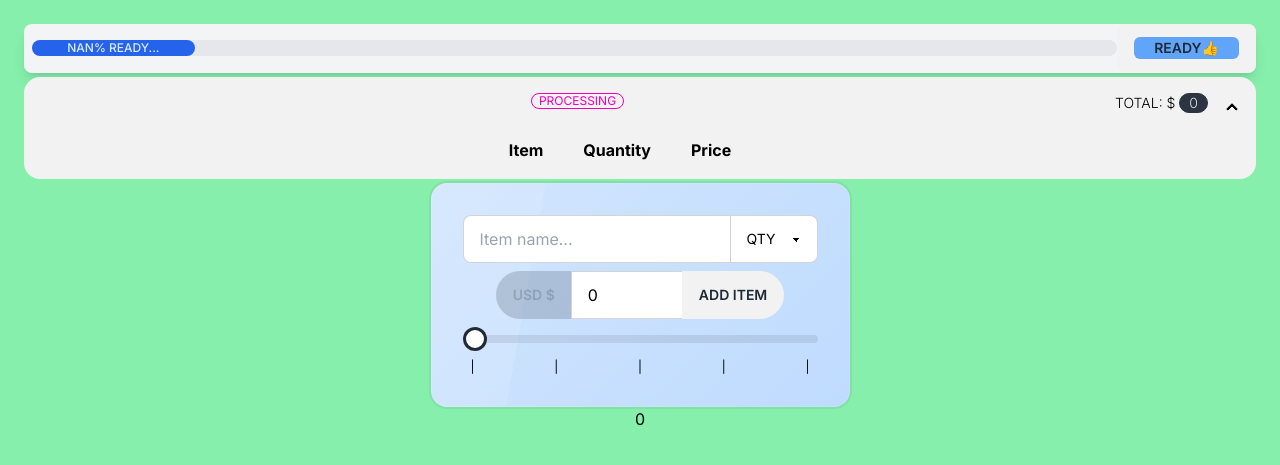
Repository: bitepay/bitepay-xyz
Page: /table
An editor plug-in stored every save of this project. The page is shown before and after the next save, followed by the edit.
The browser window is 1280 px wide. The pictures show the whole page.
The page's requests for data from a server got no answer. The project was rebuilt for these pictures with package versions that can differ from the ones it lists, and the page was loaded fresh each time. The framework's server and built-in components were replaced by stand-ins that run in the browser. No one was signed in, and anything a server would have sent is missing. Also part of the build but not shown: next.config.js.

Above is the page before, as saved 2023-06-27 22:47:22.

### src/pages/_app.js
import '@/styles/globals.css';
import { UserSocketProvider } from '@/context/UserSocketContext';

export default function App({ Component, pageProps }) {
  return (
    <UserSocketProvider>
      <Component {...pageProps} />
    </UserSocketProvider>
  )
}

### src/pages/table.js

// import Image from 'next/image'
import Head from "next/head"
// import Link from "next/link"
import { Inter } from 'next/font/google'

import { useUserSocketContext } from '@/context/UserSocketContext'

import { AddItemInput } from '@/components/AddItemInput'
import { ProgressBar } from '@/components/ProgressBar'
import { UserBill } from '@/components/UserBill'
import { MembersBill } from '@/components/MembersBill'

const inter = Inter({ subsets: ['latin'] })

export default function Table() {

  const { socket, user, tableMembers, setUser } = useUserSocketContext();

  if (user.tableID !== 0) {
    socket.emit('joinTable', user)
  }

  const handleUserDelete = (user, payload) => {
    socket.emit('userDeleteItem', {user, payload})
  };

  const handleUserUpdate = (user, payload) => {
    socket.emit('userUpdate', {user, payload})
  };

  const userUpdateStatus = (user) => {
    if (user.status === 'PROCESSING') {
      socket.emit('userUpdateStatus', { ...user, status: 'READY' })
    } else {
      socket.emit('userUpdateStatus', { ...user, status: 'PROCESSING' })
    }
  }

  return (
    <>
      <Head>
        <title>BitePay - Table</title>
        <meta name="description" content="The fastest and easiest way to divvy up the dining bill between your friends."></meta>
      </Head>

      <main className={`flex min-h-screen flex-col items-center p-6 ${inter.className} bg-green-300`} >

        <ProgressBar user={user} tableMembers={tableMembers} userUpdateStatus={userUpdateStatus} />
        <UserBill user={user} handleUserDelete={handleUserDelete} />
        <AddItemInput user={user} handleUserUpdate={handleUserUpdate} setUser={setUser} />
        <MembersBill tableMembers={tableMembers} userId={user.id}/>

      </main>
    </>
  )
}

### src/context/UserSocketContext.js
'use client';
import React, { createContext, useEffect, useState, useContext } from 'react'
import { io } from 'socket.io-client'


// Create a new context
const UserSocketContext = createContext({});

// Custom context provider component
export const UserSocketProvider = ({ children }) => {

  const [socket, setSocket] = useState(null);

  const [user, setUser] = useState({
    id: '',
    username: '',
    tableID: 0,
    myItems: [],
    tip: 15,
    total: 0,
    status: 'PROCESSING',
  });

  const [tableMembers, setTableMembers] = useState([]);

  // Establish the Socket.IO connection when the component mounts
  useEffect(() => {

    const socket = io('https://bitepay.xyz');
    setSocket(socket);

    socket.on('connect', () => {
      console.log('Successfully connected to the ws server!')
    })

    // set user id to the websocket id
    socket.on('setId', (data) => setUser((prevUser) => {
      prevUser.id = data
      return prevUser;
    }));

    // listen to events from ws server regarding members of the table
    socket.on('tableMembers', (data) => setTableMembers((prevTableMembers) => { return [...data.slice()] }));

    // listen to events from ws server regarding updates to tableMembers
    socket.on('tableMemberUpdate', (data) => {

      if (data.id === user.id) {
        setUser((prevUser) => {
          prevUser.myItems = data.myItems;
          prevUser.tip = data.tip;
          prevUser.total = data.total;
          prevUser.status = data.status;
          return prevUser;
        })
      }

      setTableMembers((prevTableMembers) => {
        return prevTableMembers.map((member) => {
          if (member.id === data.id) {
            member.myItems = data.myItems
            member.tip = data.tip
            member.total = data.total
            member.status = data.status
            return member
          } else {
            return member
          }
        })
      })
    });

    // listen to events from ws server regarding members leaving the table
    socket.on('userLeft', (data) => {
      setTableMembers((prevTableMembers) => {
        return prevTableMembers.filter((member) => {
          return member.id !== data.id
        })
      })
    });

    socket.on('disconnect', () => {
      console.log('Disconnected from the ws server!');
    });

    // Clean up the socket connection when the component unmounts
    return () => {
      socket.off('connect');
      socket.off('setId');
      socket.off('tableMembers');
      socket.off('tableMemberUpdate');
      socket.off('userLeft');
      socket.disconnect();
    };
  }, [user.id]);

  // Provide the socket object to the child components
  return (
    <UserSocketContext.Provider value={{socket, user, setUser, tableMembers, setTableMembers}}>
      {children}
    </UserSocketContext.Provider>
  );
};

// Export the SocketContext
export default UserSocketContext;

// Export a custom hook that can be used to consume this context
export const useUserSocketContext = () => useContext(UserSocketContext);

### src/components/AddItemInput.jsx
import { useState } from 'react';

export const AddItemInput = ({ handleUserUpdate, user }) => {
	const [itemName, setItemName] = useState('');
	const [itemPrice, setItemPrice] = useState(0);
	const [itemQuantity, setItemQuantity] = useState(0);

	const handleClick = (e)=> {
			e.preventDefault();
			if (itemQuantity === 0) {
					alert("Don't forget to add quantity!");
			}
			else if (itemPrice <= 0) {
					alert("Please don't forget to add your item's price!");
			}
			else if (itemName != "" && itemPrice > 0 && itemQuantity > 0) {
					const itemID = Math.ceil(Math.random()*1000000000);
					const payload = {itemID, itemName, itemPrice, itemQuantity};
					handleUserUpdate(user, payload);
					setItemName('');
					setItemPrice(0);
			} else {
					alert("Please fill out all fields");
			}
	}

	return (
		<>
			<div className="card glass bg-blue-200">
				<div className="card-body">
					<div className="join mx-auto">

						<input className="input input-bordered join-item max-w-34" placeholder="Item name..." value={itemName} onChange={(e) => {setItemName(e.target.value)}}/>

						<select className="select select-bordered join-item" value={itemQuantity} onChange={(e) => setItemQuantity(e.target.value)}>
							<option disabled value={0}>QTY</option>
							<option value={1/4}>
									1/4
							</option>
							<option value={1/3}>
									1/3
							</option>
							<option value={1/2}>
									1/2
							</option>
							<option value={1}>
									1
							</option>
							<option value={2}>
									2
							</option>
							<option value={3}>
									3
							</option>
							<option value={4}>
									4
							</option>
						</select>

					</div>
					<div className="mx-auto">
						<div className="join">
							<button className="btn join-item rounded-l-full" disabled="true">USD $</button>
							<input className="input input-bordered join-item w-28" placeholder="Price" type="number" value={itemPrice} onChange={(e) => {setItemPrice(e.target.value)}}/>
							<button className="btn join-item rounded-r-full" disabled={user.status === 'READY'} onClick={(e) => handleClick(e)}>ADD ITEM</button>
						</div>
					</div>
						<input type="range" min="15" max="30" value={user.tip} class="range" step="1" onChange/>
						<div class="w-full flex justify-between text-xs px-2">
							<span>|</span>
							<span>|</span>
							<span>|</span>
							<span>|</span>
							<span>|</span>
						</div>
				</div>
			</div>
		</>
	)
};

### src/components/ProgressBar.jsx
import { useState, useEffect } from 'react';

export const ProgressBar = ({ tableMembers, user, userUpdateStatus }) => {

  const [progress, setProgress] = useState(0);

  useEffect(() => {
    const completed = tableMembers.filter((member) => member.status === 'READY');
    const progress = Math.round(100 * ((completed.length / tableMembers.length) * 100)) / 100;
    setProgress(progress);

    console.log(`Re-render triggered from tableMember update in ProgressBar. Progress is now ${progress}%`)
  }, [tableMembers])

  const progressBar = (progress) => {
    if (progress === 100) {
      return (
          <div className="w-full bg-gray-200 rounded-full dark:bg-gray-700">
            <div className="bg-green-600 text-xs font-medium text-green-100 text-center p-0.5 leading-none rounded-full" style={{width: `${progress}%`}}> {progress}% COMPLETE! </div>
          </div>
      )
    } else {
      return (
        <div className="w-full bg-gray-200 rounded-full dark:bg-gray-700">
            <div className="bg-blue-600 text-xs font-medium text-blue-100 text-center p-0.5 leading-none rounded-full" style={{width: `${progress < 15 ? 15 : progress}%`}}> {progress}% READY... </div>
          </div>
      )
    }
  }

  const handleChange = () => {
    userUpdateStatus(user)
  }

  const toggleStatusButton = (status) => {
    return (
      <label className="btn swap swap-rotate">

        {/* this hidden checkbox controls the state */}
        <input type="checkbox" onChange={() => handleChange()} checked={user.status === 'READY'}/>

        {/* ready icon */}

        <div class="swap-on bg-red-400 p-1 rounded-md">Make changes</div>
        <div class="swap-off bg-blue-400 p-1 rounded-md">Ready👍</div>

        {/* not ready icon */}


      </label>
    )

  }



  return (

      <div className="w-full flex items-center justify-between mb-.5 mx-auto pl-2 overflow-hidden rounded-lg shadow-lg bg-gray-100 uppercase border-b border-gray-100">
          {progressBar(progress)}
        <div id="final-bill-button">
          {toggleStatusButton(user.status)}
        </div>
      </div>

  )
}

### src/components/UserBill.jsx
export const UserBill = ({ user, handleUserDelete }) => {

  const UserItem = (item) => {
    const { itemID, itemName, itemPrice, itemQuantity } = item

    return (
      <tr key={`user-item-${itemID}`}>
				<td className="px-5">{itemName}</td>
				<td className="px-5">{itemQuantity}</td>
				<td className="px-5">{itemPrice}</td>
				{/* This is where we need to add the delete button for User delete feature */}
				<td className="px-5"><button className="btn btn-outline btn-error" onClick={() => handleUserDelete(user, item)} disabled={user.status === 'READY'}>DELETE</button></td>
			</tr>
    )
  }

  return (
    <div className="collapse collapse-arrow bg-base-200 m-1">
      <input type="radio" name="my-accordion-2" defaultChecked="true"/>
      <div className="collapse-title">
        {/* This is where we need to render name, status, and total */}
        <div className="flex justify-between">
          <div className="font-medium">
            {user.username}
          </div>
          <div className={`badge badge-sm text-xs ${user.status === 'READY' ? 'badge-accent' : 'badge-secondary badge-outline'}`}>
            {user.status === 'READY' ? 'READY' : 'PROCESSING'}
          </div>
          <div className="text-sm font-light">
            TOTAL{': $ '}
            <div className={`badge ${user.status === 'READY' ? 'badge-primary' : 'badge-neutral'}`}>
              {user.total}
            </div>
          </div>

        </div>
      </div>
      <div className="collapse-content">
        {/* This is where I need to map through user items */}
        <table className="table-auto mx-auto">
          <thead>
            <tr>
              <th className="px-5">Item</th>
              <th className="px-5">Quantity</th>
              <th className="px-5">Price</th>
              <th className="px-5"></th>
            </tr>
          </thead>
          <tbody>
            {user.myItems.map((item) => UserItem(item))}
          </tbody>
          </table>
      </div>
    </div>
  )
}

### src/components/MembersBill.jsx
export const MembersBill = ({ tableMembers, userId }) => {

  const MemberItem = (item) => {
    const { itemID, itemName, itemPrice, itemQuantity } = item

    return (
      <tr key={`member-item-${itemID}`}>
        <td className="px-5">{itemName}</td>
        <td className="px-5">{itemQuantity}</td>
        <td className="px-5">{itemPrice}</td>
        <td className="px-5">{' '}</td>
      </tr>
    )
  }

  return (
    <>
      {tableMembers.length && tableMembers.map((member) => {
        if (member.id !== userId) {
          return (
            <div key={`${member.id}-list-items`} className="collapse collapse-arrow bg-base-200 m-1">
              <input type="radio" name="my-accordion-2"/>
              <div className="collapse-title text-xl font-medium">
                {/* This is where we need to render name, status, and total */}
                {member.username}
              </div>
              <div className="collapse-content">
              <table className="table-auto mx-auto">
                <thead>
                  <tr>
                    <th className="px-5">Item</th>
                    <th className="px-5">Quantity</th>
                    <th className="px-5">Price</th>
                    <th className="px-5"></th>
                  </tr>
                </thead>
                <tbody>
                  {member.myItems?.length ? member.myItems.map((item) => MemberItem(item)) : <tr key="user-no-items"><td>No items yet</td></tr>}
                </tbody>
                </table>
              </div>
            </div>
          )
        }
      })}
    </>
  )
};

### tailwind.config.js
/** @type {import('tailwindcss').Config} */
module.exports = {
  content: [
    './src/pages/**/*.{js,ts,jsx,tsx,mdx}',
    './src/components/**/*.{js,ts,jsx,tsx,mdx}',
    './src/app/**/*.{js,ts,jsx,tsx,mdx}',
  ],
  theme: {
    extend: {
      backgroundImage: {
        'gradient-radial': 'radial-gradient(var(--tw-gradient-stops))',
        'gradient-conic':
          'conic-gradient(from 180deg at 50% 50%, var(--tw-gradient-stops))',
      },
    },
  },
  daisyui: {
    themes: [
      "light",
      "dark"
    ],
  },
  plugins: [require("daisyui")],
}

Loaded but not shown: src/pages/_document.js (common file); src/styles/globals.css (common file)

After the next save:
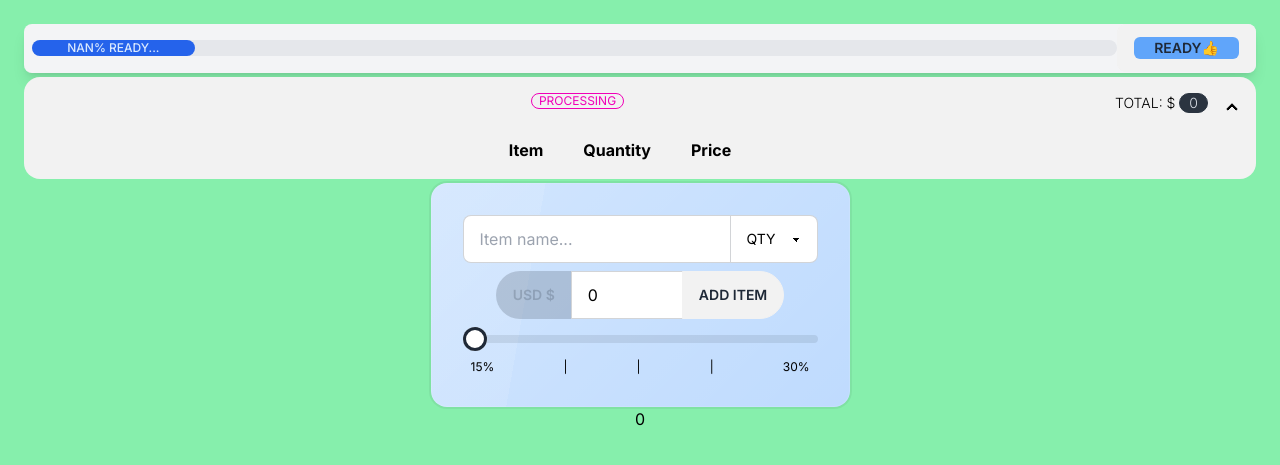
Saved 2 min 26 s later.
--- a/src/components/AddItemInput.jsx
+++ b/src/components/AddItemInput.jsx
@@ -1,11 +1,11 @@
 import { useState } from 'react';
 
-export const AddItemInput = ({ handleUserUpdate, user }) => {
+export const AddItemInput = ({ handleUserUpdate, user, setUser }) => {
 	const [itemName, setItemName] = useState('');
 	const [itemPrice, setItemPrice] = useState(0);
 	const [itemQuantity, setItemQuantity] = useState(0);
 
-	const handleClick = (e)=> {
+	const handleClick = (e) => {
 			e.preventDefault();
 			if (itemQuantity === 0) {
 					alert("Don't forget to add quantity!");
@@ -22,6 +22,12 @@ export const AddItemInput = ({ handleUserUpdate, user }) => {
 			} else {
 					alert("Please fill out all fields");
 			}
+	}
+
+	const handleTipChange = (e) => {
+		setUser((prevUser) => {
+			prevUser.tip = parseInt(e.target.value)
+		})
 	}
 
 	return (
@@ -65,13 +71,13 @@ export const AddItemInput = ({ handleUserUpdate, user }) => {
 							<button className="btn join-item rounded-r-full" disabled={user.status === 'READY'} onClick={(e) => handleClick(e)}>ADD ITEM</button>
 						</div>
 					</div>
-						<input type="range" min="15" max="30" value={user.tip} class="range" step="1" onChange/>
+						<input type="range" min="15" max="30" value={user.tip} class="range" step="1" onChange={(e) => handleTipChange(e)} />
 						<div class="w-full flex justify-between text-xs px-2">
+							<span>15%</span>
 							<span>|</span>
 							<span>|</span>
 							<span>|</span>
-							<span>|</span>
-							<span>|</span>
+							<span>30%</span>
 						</div>
 				</div>
 			</div>
